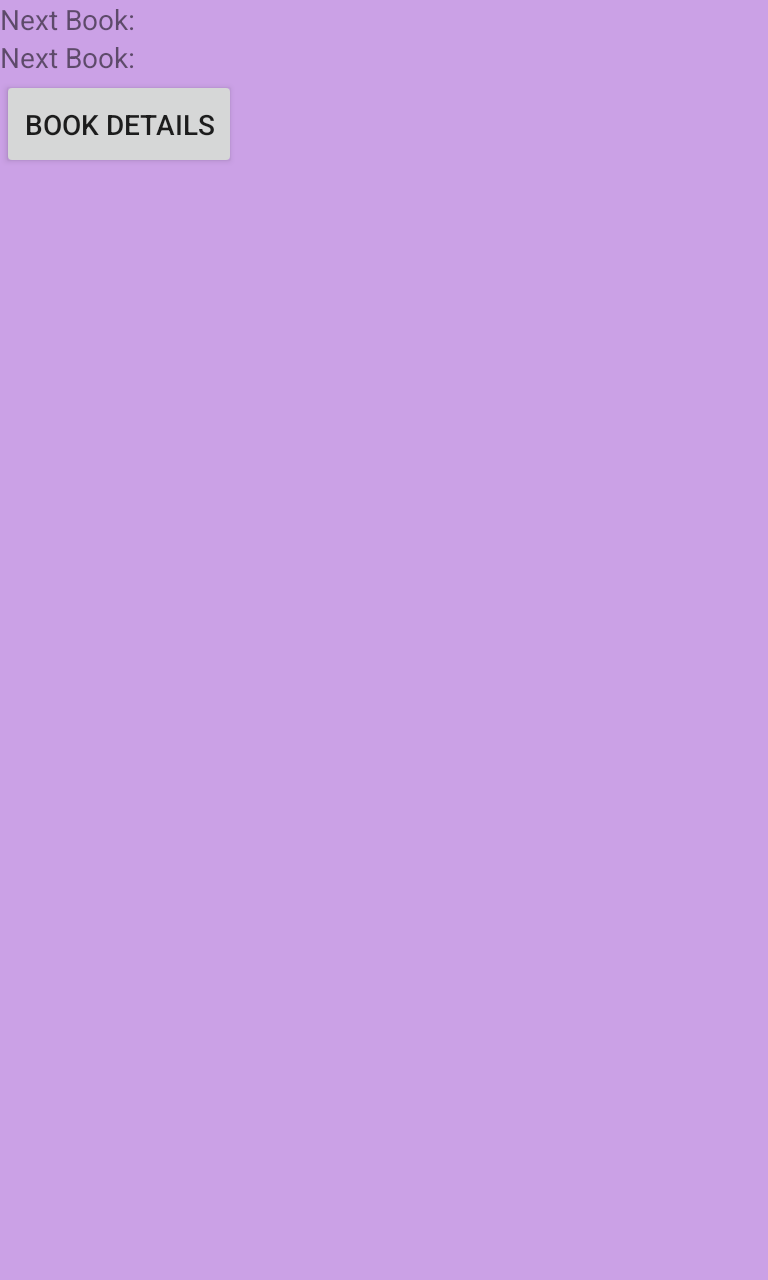
Repository: arianaantonio/MDF3_Antonio
Layout: Readable/res/layout/widget_layout.xml
An editor plug-in stored every save of this project. The layout is shown before and after the next save, followed by the edit.
It is drawn on a 768 x 1280 px phone screen (xhdpi) without system bars, with theme AppTheme; the app's code is not run.

Above is the layout before, as saved 2014-08-20 01:42:40.

### Readable/res/layout/widget_layout.xml
<?xml version="1.0" encoding="utf-8"?>
<FrameLayout xmlns:android="http://schemas.android.com/apk/res/android"
    xmlns:tools="http://schemas.android.com/tools"
    android:layout_width="match_parent"
    android:layout_height="match_parent"
    android:padding="@dimen/widget_margin"
    android:orientation="vertical" >

    <LinearLayout
        android:layout_width="match_parent"
        android:layout_height="match_parent"
        android:background="@color/lavender"
        android:orientation="vertical"
        tools:ignore="UselessParent" >

        <TextView
            android:id="@+id/nextBookTitle"
            android:layout_width="180dp"
            android:layout_height="wrap_content"
            android:gravity="left"
            android:text="@string/nextBook" >
        </TextView>

        <TextView
            android:id="@+id/nextBook"
            android:layout_width="180dp"
            android:layout_height="wrap_content"
            android:gravity="left"
            android:text="@string/nextBook" >
        </TextView>

        <Button
            android:id="@+id/button1"
            android:layout_width="wrap_content"
            android:layout_height="wrap_content"
            android:text="@string/widget_button" />

    </LinearLayout>

</FrameLayout>

### Readable/res/values/strings.xml
<?xml version="1.0" encoding="utf-8"?>
<resources>

    <string name="app_name">Readable</string>
    <string name="username">Enter Your Name:</string>
    <string name="nextBook">Next Book:</string>
    <color name="lavender">#cba1e6</color>
    <string name="backgroundColor">Choose A Background Color:</string>
    <string name="button">Save Settings</string>
    <dimen name="widget_margin">8dp</dimen>
    <string name="widget_button">Book Details</string>
    <string name="detailactivity">Book Details</string>

</resources>

Loaded but not shown: Readable/res/values/styles.xml (common file); Readable/res/values-v11/styles.xml (common file); Readable/res/values-v14/styles.xml (common file)

After the next save:
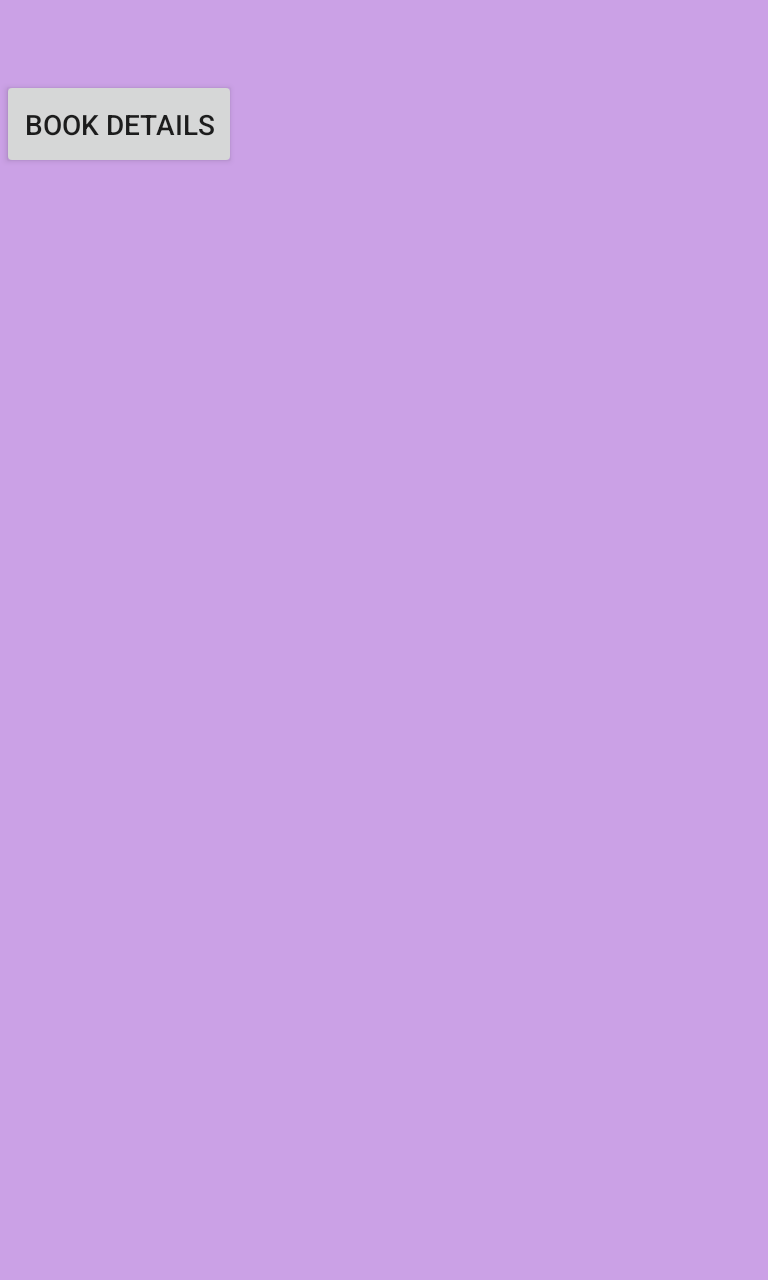
Saved 99 s later.
--- a/Readable/res/layout/widget_layout.xml
+++ b/Readable/res/layout/widget_layout.xml
@@ -18,7 +18,7 @@
             android:layout_width="180dp"
             android:layout_height="wrap_content"
             android:gravity="left"
-            android:text="@string/nextBook" >
+            android:text="" >
         </TextView>
 
         <TextView
@@ -26,7 +26,7 @@
             android:layout_width="180dp"
             android:layout_height="wrap_content"
             android:gravity="left"
-            android:text="@string/nextBook" >
+            android:text="" >
         </TextView>
 
         <Button
